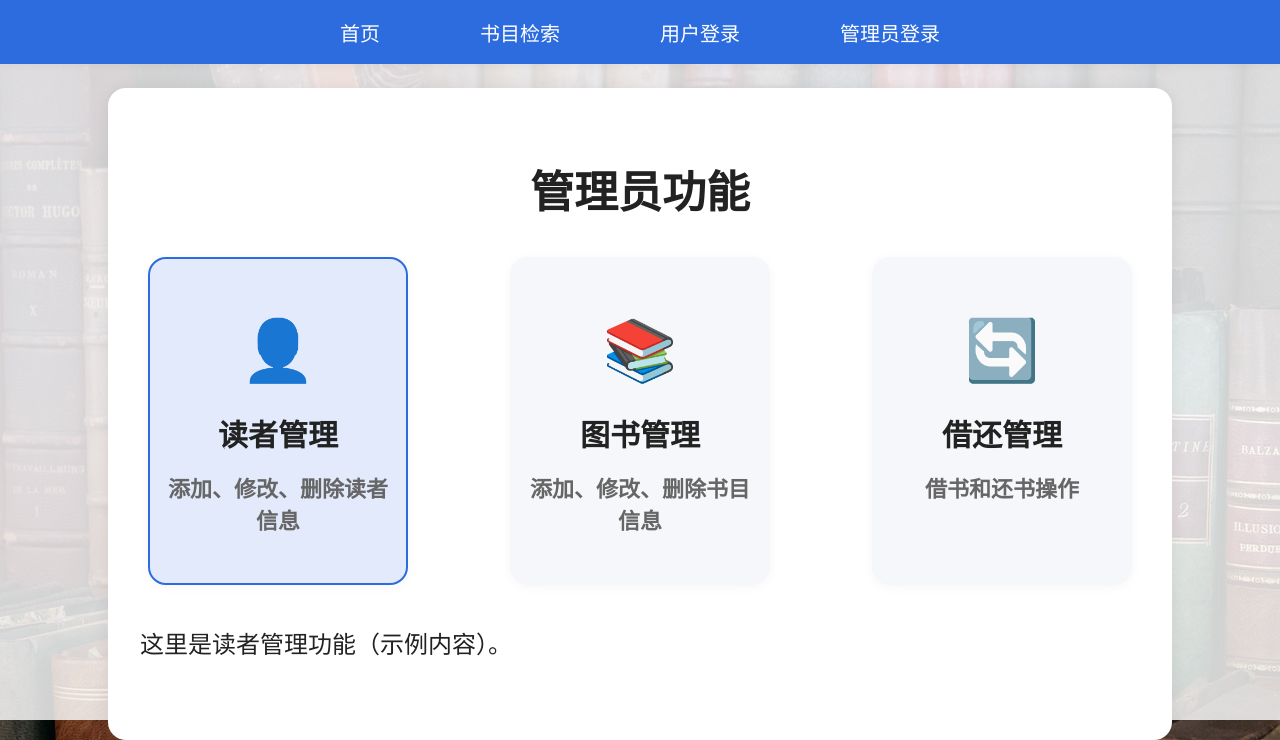
Repository: MercuryRandom/Library-Resource-Management-System
Page: /admin (app in frontend/)
The author's editor kept a copy of each file at every save. The page is drawn from the files as they stood at one save, then again after the next save.
The browser window is 1280 px wide. The pictures show the whole page.
Backgrounds fixed to the window are drawn as part of the page. The project was rebuilt for these pictures with package versions that can differ from the ones it lists, and the page was loaded fresh each time. Also part of the build but not shown: frontend/vite.config.js, frontend/src/pages/HomePage.jsx, frontend/src/pages/SearchPage.jsx, frontend/src/pages/LoginPage.jsx, frontend/src/pages/RegisterPage.jsx, frontend/src/pages/AdminLoginPage.jsx, frontend/src/pages/admin/ReaderManagementPage.jsx, frontend/src/pages/admin/BookManagementPage.jsx and 1 more.

Above is the page before, as saved 2025-06-27 10:30:53.

After the next save:
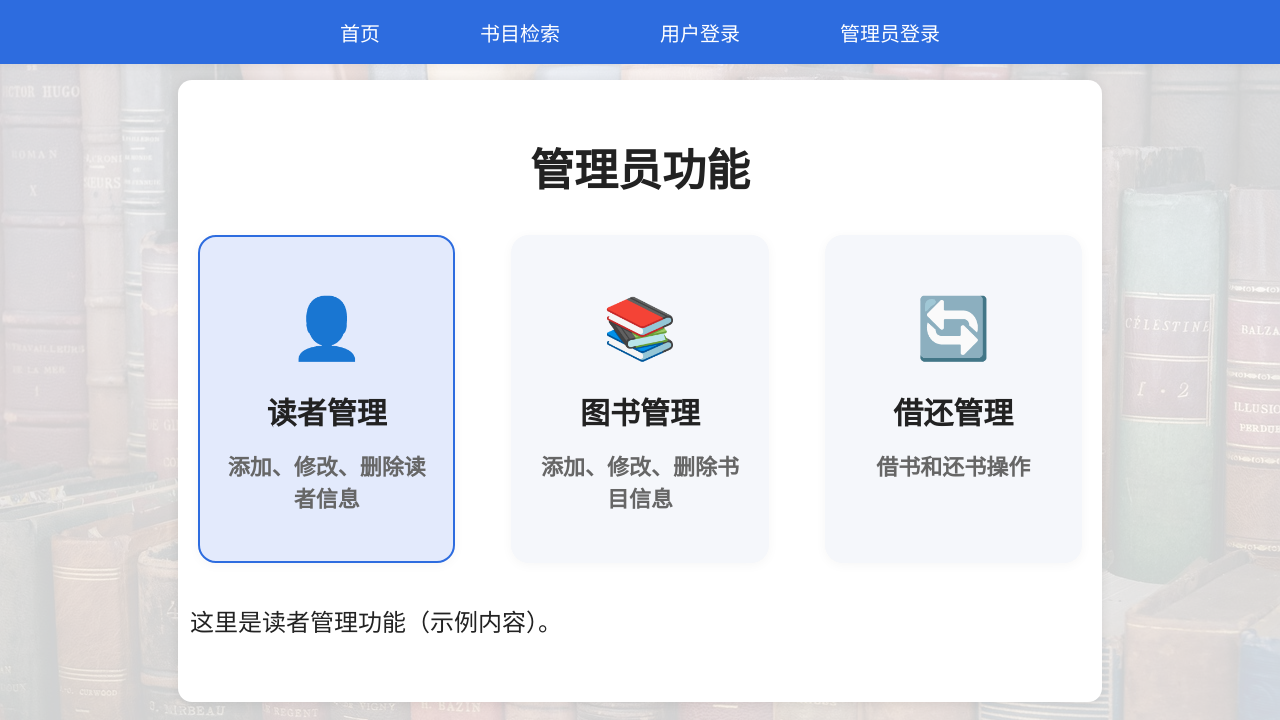
Saved 4 min 18 s later.
--- a/frontend/src/App.css
+++ b/frontend/src/App.css
@@ -67,15 +67,13 @@ nav ul li a.active {
 
 main {
   flex: 1;
-  max-width: 1000px;
-  margin: 24px auto 0 auto;
+  max-width: 900px;
+  margin: 16px auto 0 auto;
   background: #fff;
-  border-radius: 18px;
-  box-shadow: 0 2px 16px rgba(0, 0, 0, 0.08);
-  padding: 32px 32px 40px 32px;
-  font-size: 1em;
-  position: relative;
-  z-index: 2;
+  border-radius: 14px;
+  box-shadow: 0 2px 12px rgba(0, 0, 0, 0.08);
+  padding: 18px 12px 24px 12px;
+  font-size: 1em;
 }
 
 /* 登录/注册卡片样式 */
